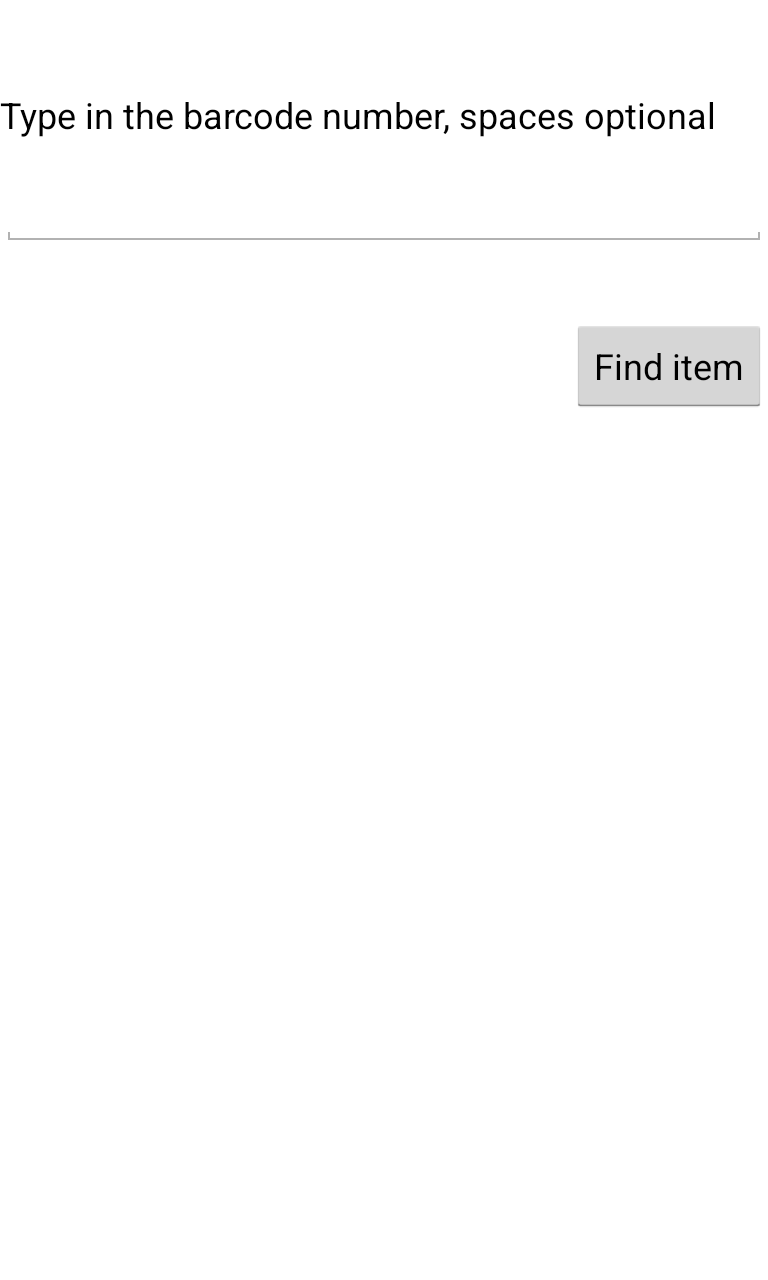
Repository: harvard-lil/wtwba-android-app
Layout: wtwba/res/layout/activity_type_barcode.xml
These files come from the project's save history. The layout is drawn as it stood at one moment and after the next save; the edit follows.
It is drawn on a 768 x 1280 px phone screen (xhdpi) without system bars, with theme AppTheme; the app's code is not run.

Above is the layout before, as saved 2013-03-20 16:09:38.

### wtwba/res/layout/activity_type_barcode.xml
<?xml version="1.0" encoding="utf-8"?>

<LinearLayout xmlns:android="http://schemas.android.com/apk/res/android"
    xmlns:tools="http://schemas.android.com/tools"
    android:layout_width="match_parent"
    android:layout_height="match_parent"
    android:layout_margin="15dip"
    android:orientation="vertical"
    >

    <ImageView
            android:id="@+id/barcode_example"
            android:layout_width="wrap_content"
            android:layout_marginTop="15dip"
        	android:layout_marginBottom="15dip"
            android:background="@android:color/black"
            android:layout_height="wrap_content"
            android:layout_gravity="center"
        	/>

    <TextView
        android:layout_width="fill_parent"
        android:layout_height="wrap_content"
        android:layout_marginTop="15dip"
        android:layout_marginBottom="15dip"
        android:textAppearance="?android:attr/textAppearanceMedium"
        android:text="@string/type_barcode_instructions"
         />

    <EditText android:id="@+id/barcode"
        android:layout_width="fill_parent"
        android:layout_height="wrap_content"
        android:layout_marginBottom="35dip"
        android:layout_gravity="right"
        android:inputType="text" />

    <Button
        android:layout_width="wrap_content"
        android:layout_height="wrap_content"
        android:layout_gravity="right"
        android:text="@string/button_type"
        android:onClick="submitBarcode" />
</LinearLayout>

### wtwba/res/values/strings.xml
<?xml version="1.0" encoding="utf-8"?>
<resources>

    <string name="app_name">wtwba</string>
    <string name="main_activity_title">Where the Wild Books Are</string>
    <string name="activity_item_details_title">Wild Books</string>
    <string name="activity_scan_title">Wild Books</string>
    <string name="activity_manage_user_title">Manage user key</string>
    <string name="activity_type_barcode_title">Add item using fingers</string>
    <string name="activity_location_title">Select your current location</string>
    <string name="item_found_title">Yeehaw! We added your item</string>
    <string name="scan_error_title">Something went wrong</string>
    <string name="user_name_box_label">Enter your assigned user key</string>
    <string name="edit_message">Enter a message</string>
    <string name="loading_message">Loading</string>


    <string name="button_confirm_delete">Delete from list</string>
    <string name="button_scan_item">Scan barcode</string>
    <string name="button_key_item">Type barcode</string>
    <string name="activity_delete_title">Delete from list</string>

    <string name="button_scan">Scan</string>
    <string name="button_type">Find item</string>
    <string name="button_item_confrim">Return home</string>
    <string name="button_add">Add to list</string>
    <string name="button_save_user_name">Save user key</string>
    <string name="menu_settings">Settings</string>
    <string name="scan_error">Something went wrong when when I tried to add the item. Sorry. Can you give it a try again?</string>
    <string name="title_activity_main">MainActivity</string>
    <string name="type_barcode_instructions">Type in the barcode number, spaces optional</string>
    <string name="hello_world">Hello world!</string>
    <string name="title_holder">Sample Title Here</string>
    <string name="connection_error">Unable to connect to network</string>
    <string name="title_activity_display_message">DisplayMessageActivity</string>
    <string name="empty_list">You haven\'t added any items.</string>

</resources>

Loaded but not shown: wtwba/res/values-v11/styles.xml (common file); wtwba/res/values-v14/styles.xml (common file); wtwba/res/values/styles.xml (common file)

After the next save:
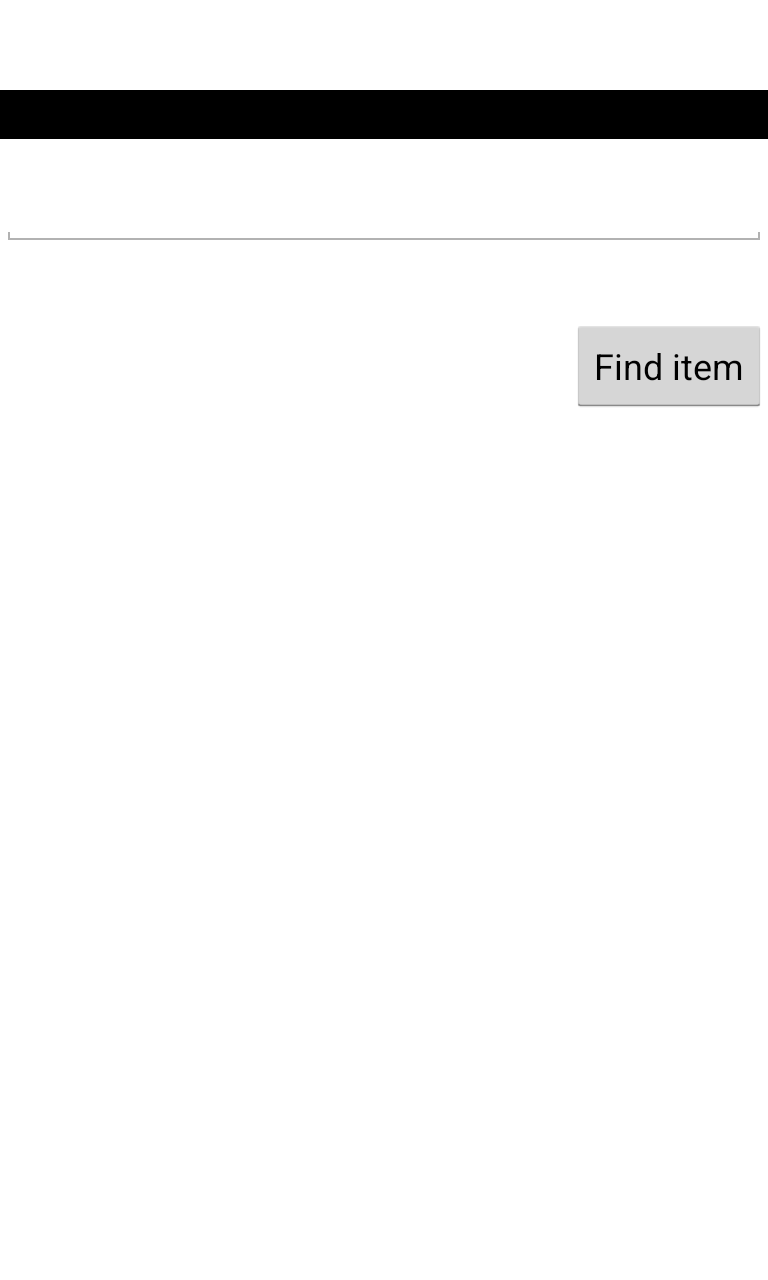
Saved 13 s later.
--- a/wtwba/res/layout/activity_type_barcode.xml
+++ b/wtwba/res/layout/activity_type_barcode.xml
@@ -13,7 +13,6 @@
             android:layout_width="wrap_content"
             android:layout_marginTop="15dip"
         	android:layout_marginBottom="15dip"
-            android:background="@android:color/black"
             android:layout_height="wrap_content"
             android:layout_gravity="center"
         	/>
@@ -23,6 +22,7 @@
         android:layout_height="wrap_content"
         android:layout_marginTop="15dip"
         android:layout_marginBottom="15dip"
+        android:background="@android:color/black"
         android:textAppearance="?android:attr/textAppearanceMedium"
         android:text="@string/type_barcode_instructions"
          />
